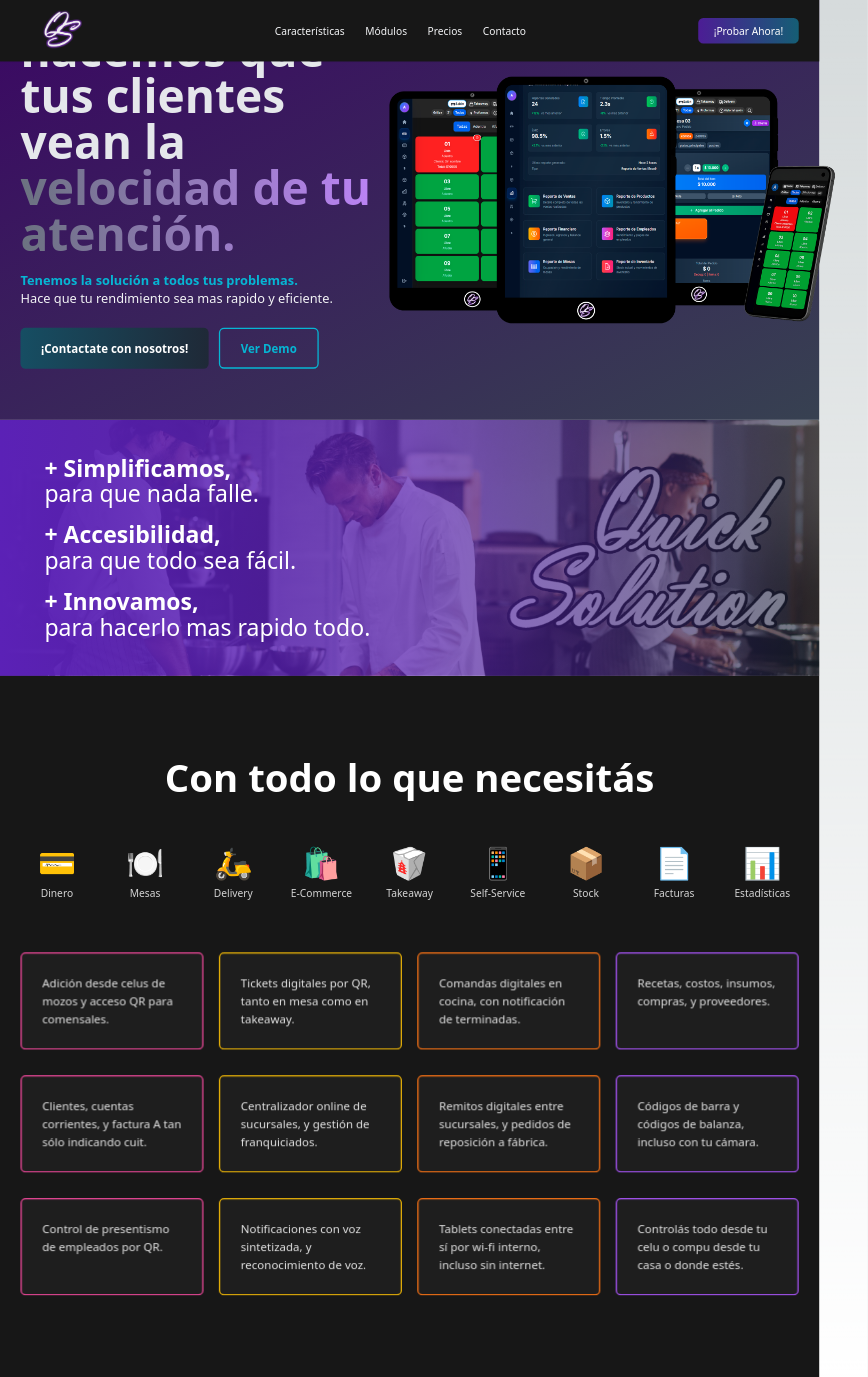
Repository: francoluca35/cmrestaurantes
Page: /
The author's editor kept a copy of each file at every save. The page is drawn from the files as they stood at one save, then again after the next save.
The browser window is 1280 px wide. The page is 1356 px wide, so the pictures cover 1356 px, including what lies to the right of the window. The pictures show the whole page, at 64% of full size.
The project was rebuilt for these pictures with package versions that can differ from the ones it lists, and the page was loaded fresh each time. The framework's server and built-in components were replaced by stand-ins that run in the browser. Also part of the build but not shown: next.config.mjs.

Above is the page before, as saved 2025-08-24 01:37:43.

### src/app/page.js
import Image from 'next/image'
import Hero from '@/components/home/Hero'
import Navbar from '@/components/layout/Navbar'
import ChefSection from '@/components/home/ChefSection'

import FeaturesGrid from '@/components/Funcionalidades/FeaturesGrid'

export default function Home() {
  return (
    <main className="min-h-screen bg-white">
      <Navbar />

      <div className="relative">
        {/* Hero Section */}
        <Hero />

        {/* Chef Section */}
        <ChefSection />



        {/* Features Grid Section */}
        <FeaturesGrid />
      </div>
    </main>
  )
}

### src/components/home/Hero.js
import Image from 'next/image'

export default function Hero() {
  return (
    <section className="relative  py-20 px-4 sm:px-6 lg:px-8 bg-gradient-to-br from-purple-950 to-gray-700 z-10">
      <div className="max-w-7xl mx-auto">
        {/* Layout responsive */}
        <div className="flex -mt-10 flex-col xl:grid xl:grid-cols-2 gap-12 items-center">

          {/* Imagen arriba en mobile/tablet, derecha en desktop */}
          <div className="order-1 xl:order-2 flex justify-center items-center w-full">
            <div className="relative z-20 w-full flex justify-center">

              {/* Imagen para Tablet/Mobile - Hidden en Desktop */}
              <Image
                src="/Assets/FONDOOFICIAL.png"
                alt="Pantalla principal del sistema"
                width={800}
                height={800}
                className="w-full sm:w-full xl:hidden h-auto object-contain"
                priority
              />

              {/* Imagen para Desktop - Hidden en Tablet/Mobile */}
              <Image
                src="/Assets/FONDOOFICIAL.png"
                alt="Pantalla principal del sistema"
                width={800}
                height={800}
                className="hidden xl:block  max-w-[4000px] h-auto object-contain"
                priority
              />

            </div>
          </div>

          {/* Texto abajo en mobile/tablet, izquierda en desktop */}
          <div className="order-2 xl:order-1 text-center xl:text-left">
            <h1 className="text-4xl md:text-6xl lg:text-7xl font-bold text-gray-200 mb-6 leading-tight">
            hacemos que tus clientes vean la
              <span className="block text-transparent bg-clip-text bg-gradient-to-r from-gray-500 to-purple-400">

              </span>
              <span className="block text-transparent bg-clip-text bg-gradient-to-r from-gray-500 to-purple-400">
             velocidad de tu atención.
              </span>
            </h1>

            <div className="space-y-4 mb-8">
              <p className="text-lg md:text-xl text-gray-100">
                <span className="font-semibold text-cyan-500">Tenemos la solución a todos tus problemas. </span><br />
               Hace que tu rendimiento sea mas rapido y eficiente.
              </p>

            </div>

            <div className="flex flex-col sm:flex-row gap-4 justify-center xl:justify-start">
              <button className="bg-gradient-to-r from-cyan-900 to-gray-800 text-white px-8 py-4 rounded-lg text-lg font-semibold hover:shadow-xl transition-all duration-200 transform hover:scale-105">
                ¡Contactate con nosotros!
              </button>
              <button className="border-2 border-cyan-500 text-cyan-500 px-8 py-4 rounded-lg text-lg font-semibold hover:bg-gray-800 transition-colors">
                Ver Demo
              </button>
            </div>
          </div>

        </div>
      </div>
    </section>

  )
}

### src/components/layout/Navbar.js
import Image from 'next/image'
import Link from 'next/link'

export default function Navbar() {
  return (
    <header className="fixed top-0 left-0 right-0 z-50 bg-neutral-900 shadow-sm">
      <div className="max-w-7xl mx-auto px-4 sm:px-6 lg:px-8">
        <div className="flex justify-between items-center py-4">
          <div className="flex items-center">
            <div className="w-32 h-16 flex items-center justify-center">
              <Image
                src="/Assets/logo-sletra.png"
                alt="CM Restaurantes Logo"
                width={400}
                height={400}
                className="w-full h-full object-contain"
              />
            </div>

          </div>

          {/* Navigation - Hidden on mobile, visible on tablet and desktop */}
          <nav className="hidden sm:flex space-x-4 md:space-x-8">
            <a href="#caracteristicas" className="text-gray-100 hover:text-violet-500 transition-colors text-sm md:text-base">Características</a>
            <a href="#modulos" className="text-gray-100 hover:text-violet-500 transition-colors text-sm md:text-base">Módulos</a>
            <a href="#precios" className="text-gray-100 hover:text-violet-500 transition-colors text-sm md:text-base">Precios</a>
            <a href="#contacto" className="text-gray-100 hover:text-violet-500 transition-colors text-sm md:text-base">Contacto</a>
          </nav>

          {/* Button - Responsive sizing */}
          <button className="bg-gradient-to-r from-violet-900 to-cyan-800 text-white px-4 py-2 md:px-6 md:py-2 rounded-lg hover:shadow-lg transition-shadow text-sm md:text-base">
            ¡Probar Ahora!
          </button>
        </div>
      </div>
    </header>
  )
}

### src/components/home/ChefSection.js
import Image from "next/image"

export default function ChefSection() {
  return (
    <section className="relative overflow-visible h-[400px] ">
                    {/* Fondo con imagen */}
       <div className="absolute inset-0 bg-cover bg-center"
         style={{
           backgroundImage: "url('/Assets/fondo-interludio.jpg')"
         }}
       ></div>

       {/* Gradiente que difumina del color sólido hacia la imagen */}
       <div className="absolute inset-0 bg-gradient-to-r from-violet-800 via-violet-800/70 to-gray-800/60"></div>

             <div className="relative max-w-7xl mx-auto px-6 lg:px-8 h-full flex items-center">
         <div className="grid lg:grid-cols-2 gap-12 items-center w-full">

           {/* Lado izquierdo con color sólido */}
           <div className="h-full flex items-center justify-center">
             <div className="text-white text-center lg:text-left space-y-6">
               <h2 className="text-3xl md:text-4xl font-bold leading-tight">
                 + <span className="text-white">Simplificamos,</span><br />
                 <span className="font-normal">para que nada falle.</span>
               </h2>
               <h2 className="text-3xl md:text-4xl font-bold leading-tight">
                 + <span className="text-white">Accesibilidad,</span><br />
                 <span className="font-normal">para que todo sea fácil.</span>
               </h2>
               <h2 className="text-3xl md:text-4xl font-bold leading-tight">
                 + <span className="text-white">Innovamos,</span><br />
                 <span className="font-normal">para hacerlo mas rapido todo.</span>
               </h2>
             </div>
           </div>


         </div>
       </div>
    </section>
  )
}

### src/components/Funcionalidades/FeaturesGrid.js
export default function FeaturesGrid() {
  const featureCategories = [
    { name: "dinero", icon: "💳", color: "text-orange-500" },
    { name: "mesas", icon: "🍽️", color: "text-pink-500" },
    { name: "delivery", icon: "🛵", color: "text-purple-500" },
    { name: "e-commerce", icon: "🛍️", color: "text-orange-500" },
    { name: "takeaway", icon: "🥡", color: "text-pink-500" },
    { name: "self-service", icon: "📱", color: "text-orange-500" },
    { name: "stock", icon: "📦", color: "text-pink-500" },
    { name: "facturas", icon: "📄", color: "text-purple-500" },
    { name: "estadísticas", icon: "📊", color: "text-yellow-500" }
  ]

  const detailedFeatures = [
    [
      {
        text: "Adición desde celus de mozos y acceso QR para comensales.",
        borderColor: "border-pink-500"
      },
      {
        text: "Tickets digitales por QR, tanto en mesa como en takeaway.",
        borderColor: "border-yellow-500"
      },
      {
        text: "Comandas digitales en cocina, con notificación de terminadas.",
        borderColor: "border-orange-500"
      },
      {
        text: "Recetas, costos, insumos, compras, y proveedores.",
        borderColor: "border-purple-500"
      }
    ],
    [
      {
        text: "Clientes, cuentas corrientes, y factura A tan sólo indicando cuit.",
        borderColor: "border-pink-500"
      },
      {
        text: "Centralizador online de sucursales, y gestión de franquiciados.",
        borderColor: "border-yellow-500"
      },
      {
        text: "Remitos digitales entre sucursales, y pedidos de reposición a fábrica.",
        borderColor: "border-orange-500"
      },
      {
        text: "Códigos de barra y códigos de balanza, incluso con tu cámara.",
        borderColor: "border-purple-500"
      }
    ],
    [
      {
        text: "Control de presentismo de empleados por QR.",
        borderColor: "border-pink-500"
      },
      {
        text: "Notificaciones con voz sintetizada, y reconocimiento de voz.",
        borderColor: "border-yellow-500"
      },
      {
        text: "Tablets conectadas entre sí por wi-fi interno, incluso sin internet.",
        borderColor: "border-orange-500"
      },
      {
        text: "Controlás todo desde tu celu o compu desde tu casa o donde estés.",
        borderColor: "border-purple-500"
      }
    ]
  ]

  return (
         <section className="py-16 sm:py-20 md:py-24 lg:py-28 xl:py-32 bg-neutral-900">
      <div className="max-w-7xl mx-auto px-4 sm:px-6 lg:px-8">
        {/* Título */}
        <div className="text-center mb-12 sm:mb-16 lg:mb-20">
          <h2 className="text-3xl sm:text-4xl md:text-5xl lg:text-6xl font-bold text-white mb-4 sm:mb-6 leading-tight">
            Con todo lo que necesitás
          </h2>
        </div>

        {/* Categorías de funcionalidades */}
        <div className="grid grid-cols-3 sm:grid-cols-5 lg:grid-cols-9 gap-4 sm:gap-6 mb-12 sm:mb-16 lg:mb-20">
          {featureCategories.map((category, index) => (
            <div key={index} className="text-center group">
              <div className={`text-3xl sm:text-4xl lg:text-5xl mb-2 sm:mb-3 group-hover:scale-110 transition-transform duration-300 ${category.color}`}>
                {category.icon}
              </div>
                             <p className="text-xs sm:text-sm lg:text-base text-neutral-300 font-medium capitalize">
                {category.name}
              </p>
            </div>
          ))}
        </div>

        {/* Descripciones detalladas */}
        <div className="space-y-6 sm:space-y-8 lg:space-y-10">
          {detailedFeatures.map((row, rowIndex) => (
            <div key={rowIndex} className="grid grid-cols-1 sm:grid-cols-2 lg:grid-cols-4 gap-4 sm:gap-6">
              {row.map((feature, featureIndex) => (
                <div
                  key={featureIndex}
                                     className={`p-4 sm:p-6 lg:p-8 rounded-lg border-2 ${feature.borderColor} bg-neutral-800/50 backdrop-blur-sm hover:bg-neutral-800/70 transition-all duration-300 transform hover:-translate-y-1 hover:shadow-lg`}
                >
                                     <p className="text-xs sm:text-base lg:text-lg text-neutral-200 leading-relaxed">
                    {feature.text}
                  </p>
                </div>
              ))}
            </div>
          ))}
        </div>

      </div>
    </section>
  )
}

Loaded but not shown: src/app/layout.js (common file); src/app/globals.css (common file); tailwind.config.js (common file)

After the next save:
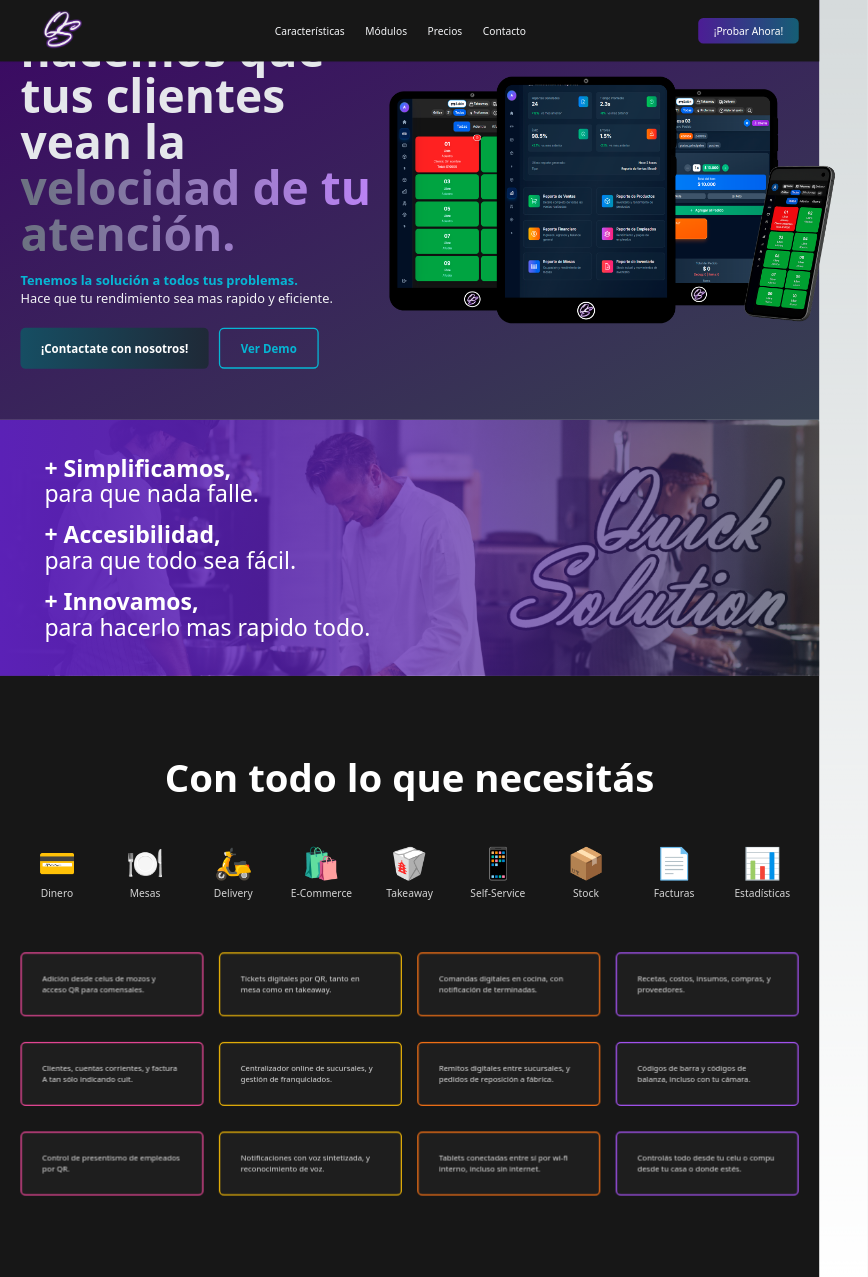
Saved 10 s later.
--- a/src/components/Funcionalidades/FeaturesGrid.js
+++ b/src/components/Funcionalidades/FeaturesGrid.js
@@ -101,7 +101,7 @@
                   key={featureIndex}
                                      className={`p-4 sm:p-6 lg:p-8 rounded-lg border-2 ${feature.borderColor} bg-neutral-800/50 backdrop-blur-sm hover:bg-neutral-800/70 transition-all duration-300 transform hover:-translate-y-1 hover:shadow-lg`}
                 >
-                                     <p className="text-xs sm:text-base lg:text-lg text-neutral-200 leading-relaxed">
+                                     <p className="text-xs sm:text-base lg:text-xs text-neutral-200 leading-relaxed">
                     {feature.text}
                   </p>
                 </div>
